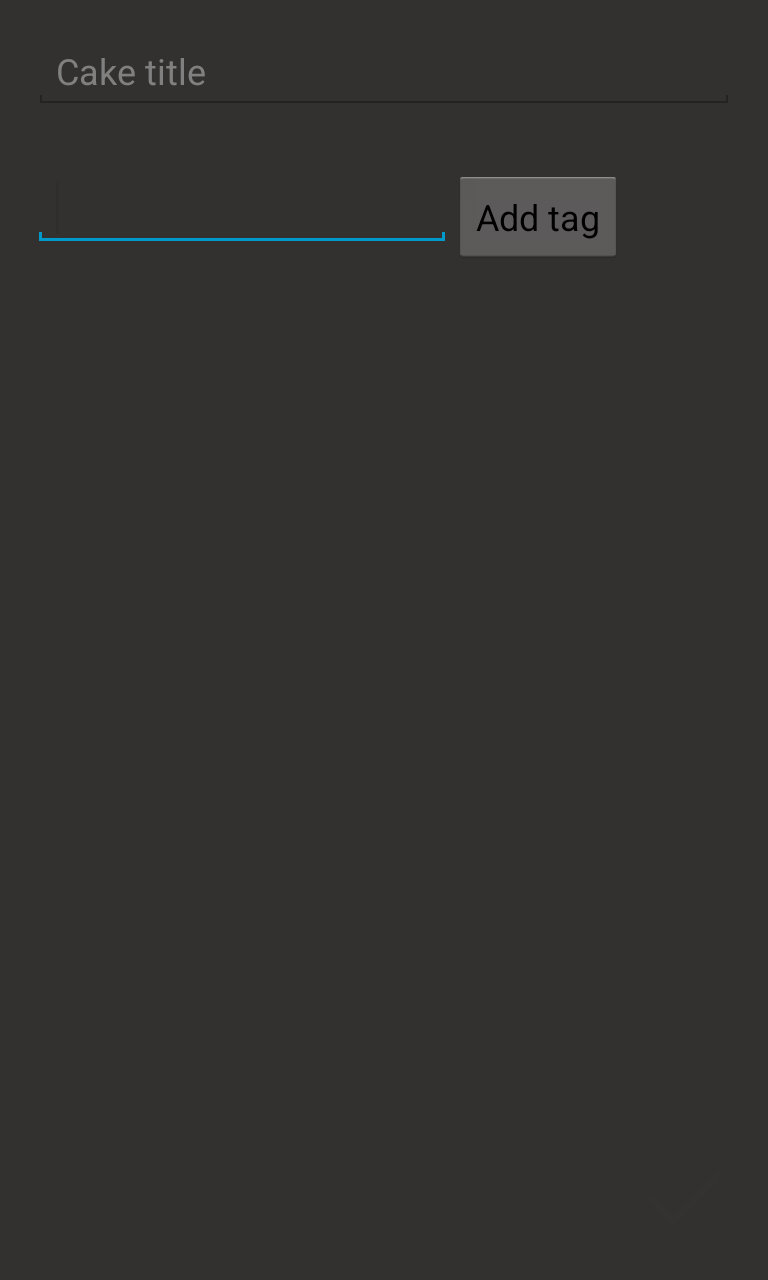
Repository: johnshaughnessy/onesec
Layout: OneSec-App/res/layout/activity_new_cake.xml
The author's editor kept a copy of each file at every save. The layout is drawn from the files as they stood at one save, then again after a run of saves.
It is drawn on a 768 x 1280 px phone screen (xhdpi) without system bars, with theme RetroTheme; the app's code is not run.

Above is the layout before, as saved 2013-07-13 22:48:41.

After the next 5 saves:
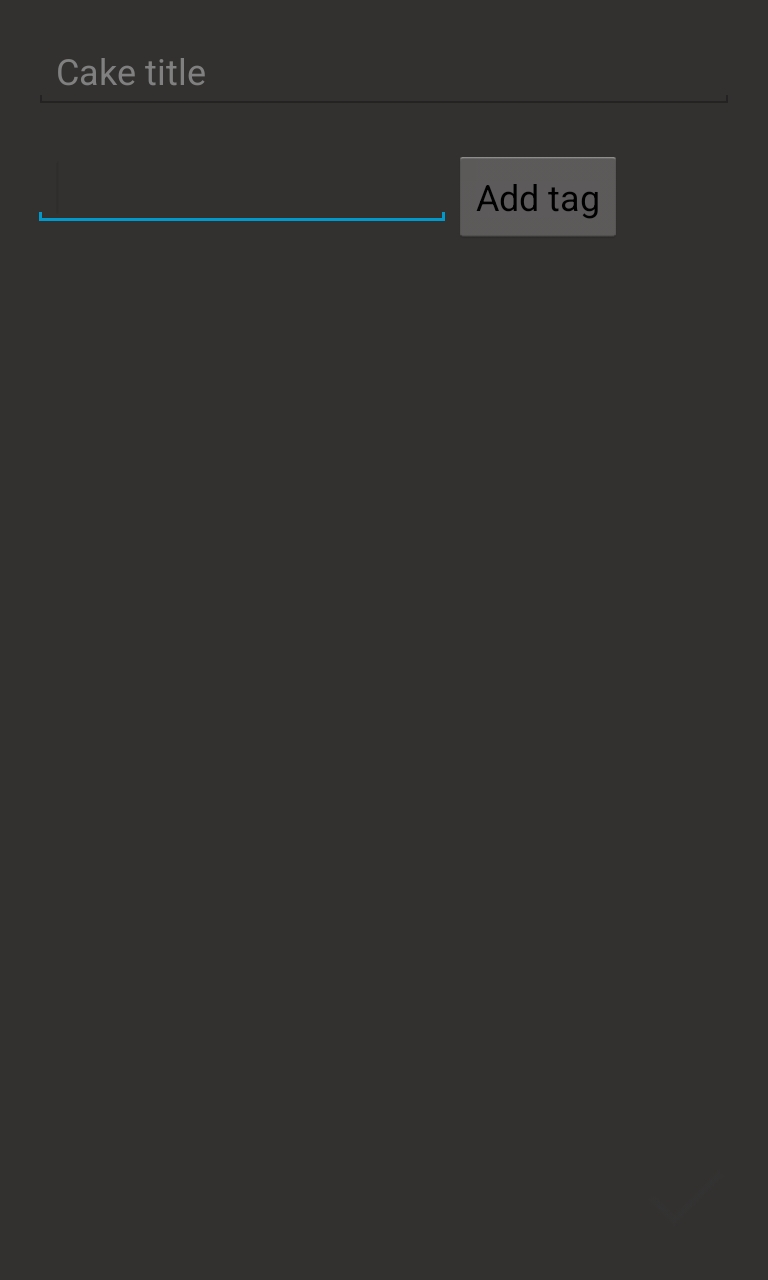
The 5 saves are shown as one change because they came seconds apart.
The last was saved 27 s later.
--- a/OneSec-App/res/layout/activity_new_cake.xml
+++ b/OneSec-App/res/layout/activity_new_cake.xml
@@ -17,20 +17,20 @@
         android:hint="@string/hint_cake_title"
         android:layout_centerHorizontal="true" />
 
+    <TextView
+        android:id="@+id/date"
+        android:layout_width="wrap_content"
+        android:layout_height="wrap_content"
+        android:layout_below="@id/title"
+        android:maxLines="1000"
+        android:layout_centerHorizontal="true" />
+
     <ImageView
         android:id="@+id/thumbnail"
         android:layout_width="wrap_content"
         android:layout_height="wrap_content"
-        android:layout_below="@id/title"
+        android:layout_below="@id/date"
         android:layout_marginBottom="10dp"
-        android:layout_centerHorizontal="true" />
-
-    <TextView
-        android:id="@+id/date"
-        android:layout_width="wrap_content"
-        android:layout_height="wrap_content"
-        android:layout_below="@id/thumbnail"
-        android:maxLines="1000"
         android:layout_centerHorizontal="true" />
 
     <Button
